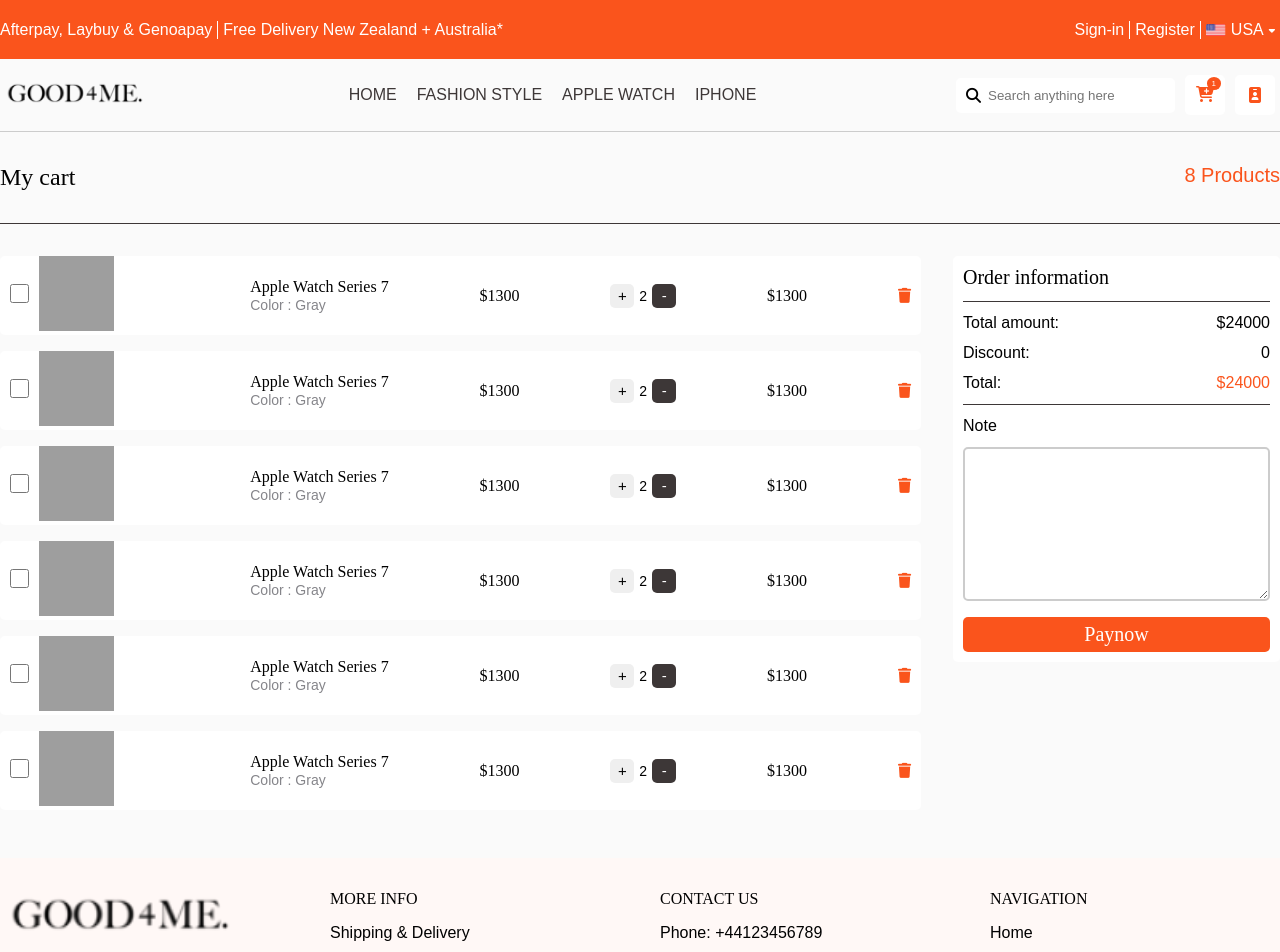
Repository: Ngoc28/Shoppe-web
Page: html/cart.html
These files come from the project's save history. The page is drawn as it stood at one moment and after the next save; the edit follows.
The browser window is 1280 px wide. The pictures show the part of the page from y = 0 to 952 px (the page is 1513 px tall).
Pictures or frames that could not be fetched are drawn as grey boxes. A picture or video elsewhere on the page could not be fetched, so the positions and the page height are approximate. Some web fonts or font styles are not loaded; a fallback is used.

Above is the page before, as saved 2023-08-09 00:43:42.

### html/cart.html
<!DOCTYPE html>
<html lang="en">
<head>
    <meta charset="UTF-8">
    <meta name="viewport" content="width=device-width, initial-scale=1.0">
    <title>Cart</title>
    <link rel="stylesheet" href="../accest/css/base.css">
    <link rel="stylesheet" href="../accest/css/cart.css">
    <link rel="stylesheet" href="https://cdnjs.cloudflare.com/ajax/libs/font-awesome/6.4.2/css/all.min.css"
        integrity="sha512-z3gLpd7yknf1YoNbCzqRKc4qyor8gaKU1qmn+CShxbuBusANI9QpRohGBreCFkKxLhei6S9CQXFEbbKuqLg0DA=="
        crossorigin="anonymous" referrerpolicy="no-referrer" />
</head>
<body>
    <header>
        <div class="header-top">
            <div class="header-info wide">
                <div class="header-info-dis">
                    <p class="header-info-country">Afterpay, Laybuy & Genoapay</p>
                    <div class="boder-r"></div>
                    <p class="header-info-country">Free Delivery New Zealand + Australia*</p>
                </div>
                <div class="header-info-user">
                    <div class="header-authen">
                        <p class="btn-sign">Sign-in</p>
                        <div class="boder-r"></div>
                        <p class="btn-register">Register</p>
                        <div class="boder-r"></div>
                    </div>
                    <div class="header-contry">
                        <img src="../accest/image/co.png" alt="" width="20px" , height="12px">
                        <p class="btn-country">
                            USA
                            <i class="fa-solid fa-caret-down"></i>
                        </p>
                    </div>
                </div>
            </div>
        </div>
        <div class="header-bot">
            <div class="header-nav wide">
                <div class="header-logo">
                    <img src="../accest/image/Logo_-_Good4Me_140x 1.png" alt="">
                </div>
                <div class="header-navbar">
                    <ul class="nav-link">
                        <li class="nav-item"><a href="/index.html">Home</a></li>
                        <li class="nav-item"><a href="">Fashion style</a></li>
                        <li class="nav-item"><a href="../html/category.html">Apple watch</a></li>
                        <li class="nav-item"><a href="">Iphone</a></li>
                    </ul>
                </div>
                <div class="header-choose">
                    <label for="search" class="header-search">
                        <i class="fa-solid fa-magnifying-glass"></i>
                        <input type="text" placeholder="Search anything here" id="search">
                    </label>
                    <div class="header-cart">
                        <a href="#"><i class="fa-solid fa-cart-plus"></i></a>

                        <div class="cart-number">
                            <span>1</span>
                        </div>
                    </div>
                    <div class="header-contact">
                        <i class="fa-solid fa-id-badge"></i>
                    </div>
                </div>
            </div>
        </div>
    </header>

    <div class="container wide">
        <div class="container-heading">
            <p class="container-title">
                My cart
            </p>
            <p class="container-cart-num">8 Products</p>
        </div>
        <div class="line"></div>
        <div class="container-order">
            <div class="container-order-pro">
                <div class="container-order-item">
                    <div class="container-order-block">
                        <div class="container-order-check">
                            <input type="checkbox" name="" id="">
                        </div>
                        <div class="container-order-img">
                            <img src="../accest/image/order.svg" alt="" width="75px" height="75px">
                        </div>
                    </div>
                    <div class="container-order-info">
                        <div class="container-order-brand">
                            <p>Apple Watch Series 7</p>
                            <span>Color : Gray</span>
                        </div>
                        <p class="container-order-price">
                            $1300
                        </p>
                        <div class="container-order-num">
                            <button class="plus">+</button>
                            <p>2</p>
                            <button class="minus">-</button>
                        </div>
                        <p class="container-order-price">
                            $1300
                        </p>
                        <i class="fa-solid fa-trash"></i>
                    </div>
                </div>
                <div class="container-order-item">
                    <div class="container-order-block">
                        <div class="container-order-check">
                            <input type="checkbox" name="" id="">
                        </div>
                        <div class="container-order-img">
                            <img src="../accest/image/order.svg" alt="" width="75px" height="75px">
                        </div>
                    </div>
                    <div class="container-order-info">
                        <div class="container-order-brand">
                            <p>Apple Watch Series 7</p>
                            <span>Color : Gray</span>
                        </div>
                        <p class="container-order-price">
                            $1300
                        </p>
                        <div class="container-order-num">
                            <button class="plus">+</button>
                            <p>2</p>
                            <button class="minus">-</button>
                        </div>
                        <p class="container-order-price">
                            $1300
                        </p>
                        <i class="fa-solid fa-trash"></i>
                    </div>
                </div>
                <div class="container-order-item">
                    <div class="container-order-block">
                        <div class="container-order-check">
                            <input type="checkbox" name="" id="">
                        </div>
                        <div class="container-order-img">
                            <img src="../accest/image/order.svg" alt="" width="75px" height="75px">
                        </div>
                    </div>
                    <div class="container-order-info">
                        <div class="container-order-brand">
                            <p>Apple Watch Series 7</p>
                            <span>Color : Gray</span>
                        </div>
                        <p class="container-order-price">
                            $1300
                        </p>
                        <div class="container-order-num">
                            <button class="plus">+</button>
                            <p>2</p>
                            <button class="minus">-</button>
                        </div>
                        <p class="container-order-price">
                            $1300
                        </p>
                        <i class="fa-solid fa-trash"></i>
                    </div>
                </div>
                <div class="container-order-item">
                    <div class="container-order-block">
                        <div class="container-order-check">
                            <input type="checkbox" name="" id="">
                        </div>
                        <div class="container-order-img">
                            <img src="../accest/image/order.svg" alt="" width="75px" height="75px">
                        </div>
                    </div>
                    <div class="container-order-info">
                        <div class="container-order-brand">
                            <p>Apple Watch Series 7</p>
                            <span>Color : Gray</span>
                        </div>
                        <p class="container-order-price">
                            $1300
                        </p>
                        <div class="container-order-num">
                            <button class="plus">+</button>
                            <p>2</p>
                            <button class="minus">-</button>
                        </div>
                        <p class="container-order-price">
                            $1300
                        </p>
                        <i class="fa-solid fa-trash"></i>
                    </div>
                </div>
                <div class="container-order-item">
                    <div class="container-order-block">
                        <div class="container-order-check">
                            <input type="checkbox" name="" id="">
                        </div>
                        <div class="container-order-img">
                            <img src="../accest/image/order.svg" alt="" width="75px" height="75px">
                        </div>
                    </div>
                    <div class="container-order-info">
                        <div class="container-order-brand">
                            <p>Apple Watch Series 7</p>
                            <span>Color : Gray</span>
                        </div>
                        <p class="container-order-price">
                            $1300
                        </p>
                        <div class="container-order-num">
                            <button class="plus">+</button>
                            <p>2</p>
                            <button class="minus">-</button>
                        </div>
                        <p class="container-order-price">
                            $1300
                        </p>
                        <i class="fa-solid fa-trash"></i>
                    </div>
                </div>
                <div class="container-order-item">
                    <div class="container-order-block">
                        <div class="container-order-check">
                            <input type="checkbox" name="" id="">
                        </div>
                        <div class="container-order-img">
                            <img src="../accest/image/order.svg" alt="" width="75px" height="75px">
                        </div>
                    </div>
                    <div class="container-order-info">
                        <div class="container-order-brand">
                            <p>Apple Watch Series 7</p>
                            <span>Color : Gray</span>
                        </div>
                        <p class="container-order-price">
                            $1300
                        </p>
                        <div class="container-order-num">
                            <button class="plus">+</button>
                            <p>2</p>
                            <button class="minus">-</button>
                        </div>
                        <p class="container-order-price">
                            $1300
                        </p>
                        <i class="fa-solid fa-trash"></i>
                    </div>
                </div>
            </div>
            <!-- container form -->
            <div class="container-order-form">
                <p class="container-order-form-heading">
                    Order information
                </p>
                <div class="line-sort"></div>
                <div class="amount">
                    <div class="total-amount">
                        <p>Total amount:</p>
                        <span>$24000</span>
                    </div>
                    <div class="discount">
                        <p>Discount:</p>
                        <span>0</span>
                    </div>
                    <div class="total">
                        <p>Total:</p>
                        <span>$24000</span>
                    </div>
                </div>
                <div class="line-sort"></div>
                <div class="container-note">
                    <label for="note">Note</label>
                    <textarea name="" id="note" cols="30" rows="10"></textarea>
                </div>
                <a href="../html/payment.html"><button class="btn-order">Paynow</button></a>
            </div>
        </div>
    </div>

     <!-- footer -->
    <footer>
        <div class="footer-top wide">
            <div class="footer-logo text">
                <img src="../accest/image/Logo_-_Good4Me_140x 1.png" alt="" width="239px" height="48">
                <p>Good health is important, so all of our products have been carefully designed to bring out the best in you.</p>
            </div>
            <div class="footer-info text">
                <div class="footer-info-title footer-item">
                    <p>MORE INFO</p>
                </div>
                <p class="footer-info-text">Shipping & Delivery</p>
                <p class="footer-info-text">Refund Policy</p>
                <p class="footer-info-text">Partner Program</p>
                <p class="footer-info-text">You Buy, We Donate</p>
                <p class="footer-info-text">Privacy Policy</p>
                <p class="footer-info-text">Terms & Conditions</p>
            </div>
            <div class="footer-contact text">
                <div class="footer-contact-title footer-item">
                    <p>CONTACT US</p>
                </div>
                <p class="footer-contact-text">Phone: +44123456789</p>
                <p class="footer-contact-text">Address: 3517 W. Gray St. Utica, Pennsylvania 57867</p>
                <p class="footer-contact-text">Email: good4me@gmail.com</p>
            </div>
            <div class="footer-nav text">
                <div class="footer-nav-title footer-item">
                    <p>NAVIGATION</p>
                </div>
                <p class="footer-nav-text">Home</p>
                <p class="footer-nav-text">Iphone</p>
                <p class="footer-nav-text">Apple watch</p>
                <p class="footer-nav-text">Fashion style</p>
            </div>
        </div>
        <div class="line-footer"></div>
        <div class="footer-bot wide">
            <div class="footer-bot-social">
                <i class="fa-brands fa-facebook-f"></i>
                <i class="fa-brands fa-instagram"></i>
                <i class="fa-brands fa-twitter"></i>
                <i class="fa-brands fa-pinterest-p"></i>
                <i class="fa-brands fa-youtube"></i>
            </div>
            <div class="footer-bot-text">
                <p>© 2021, <span>GOOD4ME</span>. Powered by Shopify</p>
            </div>
            <div class="footer-bot-pay">
                <img src="../accest/image/pay.svg" alt="">
            </div>
        </div>
    </footer>
</body>
</html>

### accest/css/cart.css
.container {
    margin: 32px auto ;
}

.container-heading {
    display: flex;
    justify-content: space-between;
}

.container-title {
    font-size: 24px;
    font-family: gilroy-medium;
}

.container-cart-num {
    font-size: 20px;
    color: var(--main-color);
}

.line {
    margin: 32px 0;
    border-bottom: 1px solid var(--text-color);
}
/* Product */
.container-order {
    display: flex;
}

.container-order-pro {
    flex: 3;
}

.container-order-item {
    border-radius: 5px;
    background: var(--white-color);
    display: flex;
    align-self: flex-start;
    gap: 20px;
    padding: 0 10px;
    margin-bottom: 16px;
}


.container-order-check input {
    width: 19px;
    height: 19px;
    cursor: pointer;
}

.container-order-block {
    flex: 1;
    display: flex;
    align-items: center;
    gap: 10px;
}

.container-order-img img{
    object-fit: cover;
}

.container-order-info {
    flex: 3;
}

.container-order-info {
    display: flex;
    align-items: center;
    justify-content: space-between;
}

.container-order-price,
.container-order-brand p {
    font-family: gilroy-medium;
    font-size: 16px;
}

.container-order-brand span {
    font-size: 14px;
    color: var(--gray-text);
}


.container-order-num {
    display: flex;
    align-items: center;
    gap: ;
}

.container-order-num p {
    font-size: 14px;
    margin: 0 5px;
}

.container-order-num .minus,
.container-order-num .plus {
    padding: 3px;
    width: 24px;
    height: 24px;
    font-size: 15px;
    border-radius: 5px;
    border: none;
    cursor: pointer;
}

.container-order-num .minus:hover,
.container-order-num .plus:hover {
    opacity: .8;
}



.container-order-num .minus {
    color: var(--white-color);
    background: var(--text-color);
}

.container-order-info i {
    font-size: 15px;
    color: var(--main-color);
    cursor: pointer;
}

.container-order-info i:hover {
    color: red;
}

/* container-form */

.line-sort {
    border-bottom: 1px solid var(--text-color);
    margin: 12px 0;
}

.container-order-form {
    flex: 1;
    background: var(--white-color);
    margin-left: 32px;
    border-radius: 5px;
    padding: 10px;
    align-self: self-start;
}

.container-order-form-heading {
    font-family: gilroy-medium;
    font-size: 20PX;
}

.amount {
    display: flex;
    flex-direction: column;
    gap: 12px;
}

.discount p
.total-amount p{
    font-family: gilroy-medium;
    font-size: 16px;
}

.total-amount,
.discount,
.total {
    display: flex;
    justify-content: space-between;
}

.total span{
    color: var(--main-color);
}

.container-note label{
    display: block;
    margin-bottom: 12px;
}

.container-note textarea {
    width: 100%;
    border: 2px solid #ccc;
    border-radius: 5px;
}

.btn-order {
    border: none;
    border-radius: 5px;
    width: 100%;
    background: var(--main-color);
    color: var(--white-color);
    font-size: 20px;
    font-family: gilroy-medium;
    padding: 6px;
    margin-top: 12px;
    cursor: pointer;
}

.btn-order:hover {
    opacity: .8;
}

Loaded but not shown: accest/css/base.css (448 lines, source omitted)

After the next save:
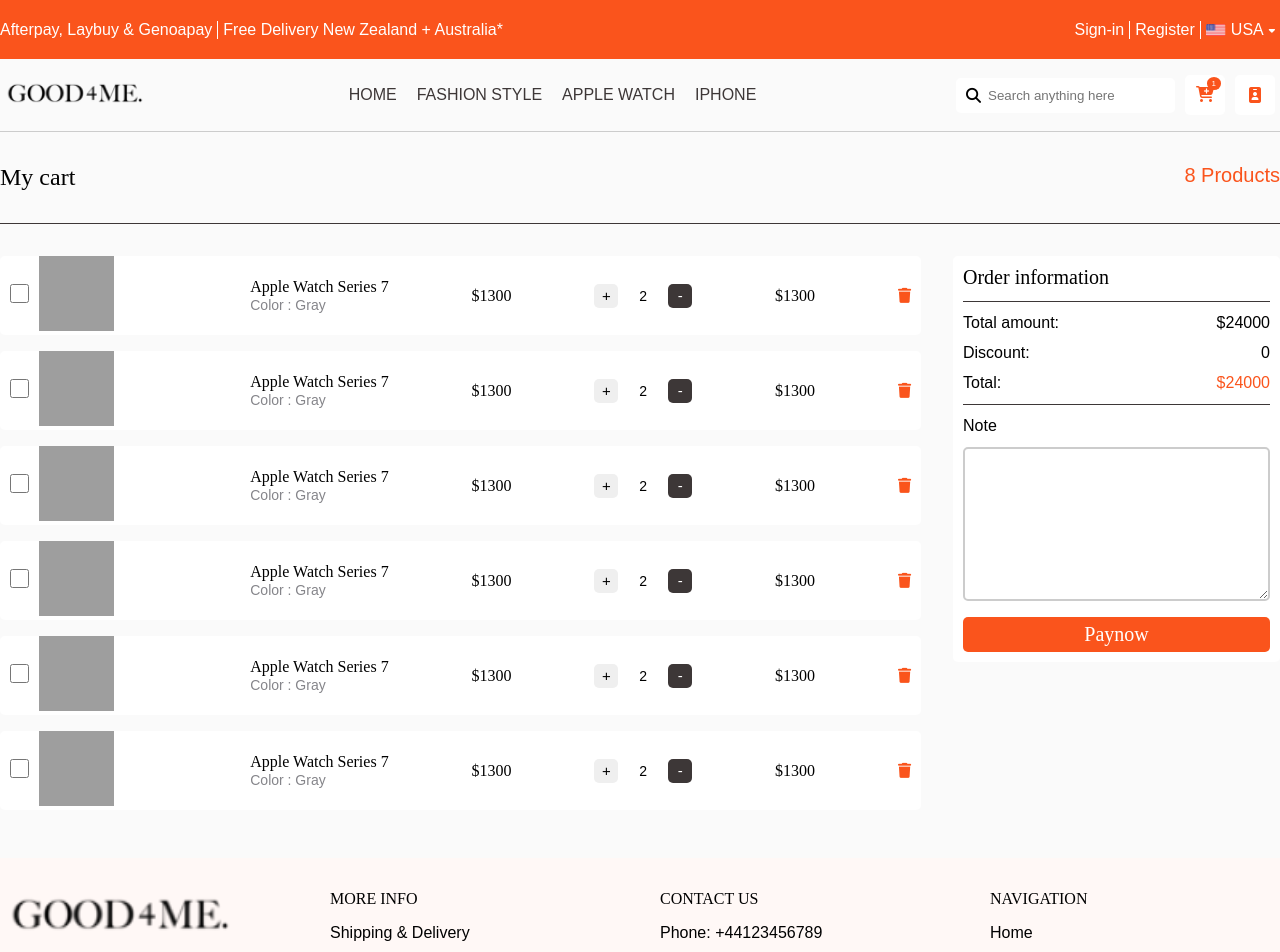
Saved 13 s later.
--- a/accest/css/cart.css
+++ b/accest/css/cart.css
@@ -83,7 +83,7 @@
 .container-order-num {
     display: flex;
     align-items: center;
-    gap: ;
+    gap: 16px;
 }
 
 .container-order-num p {
